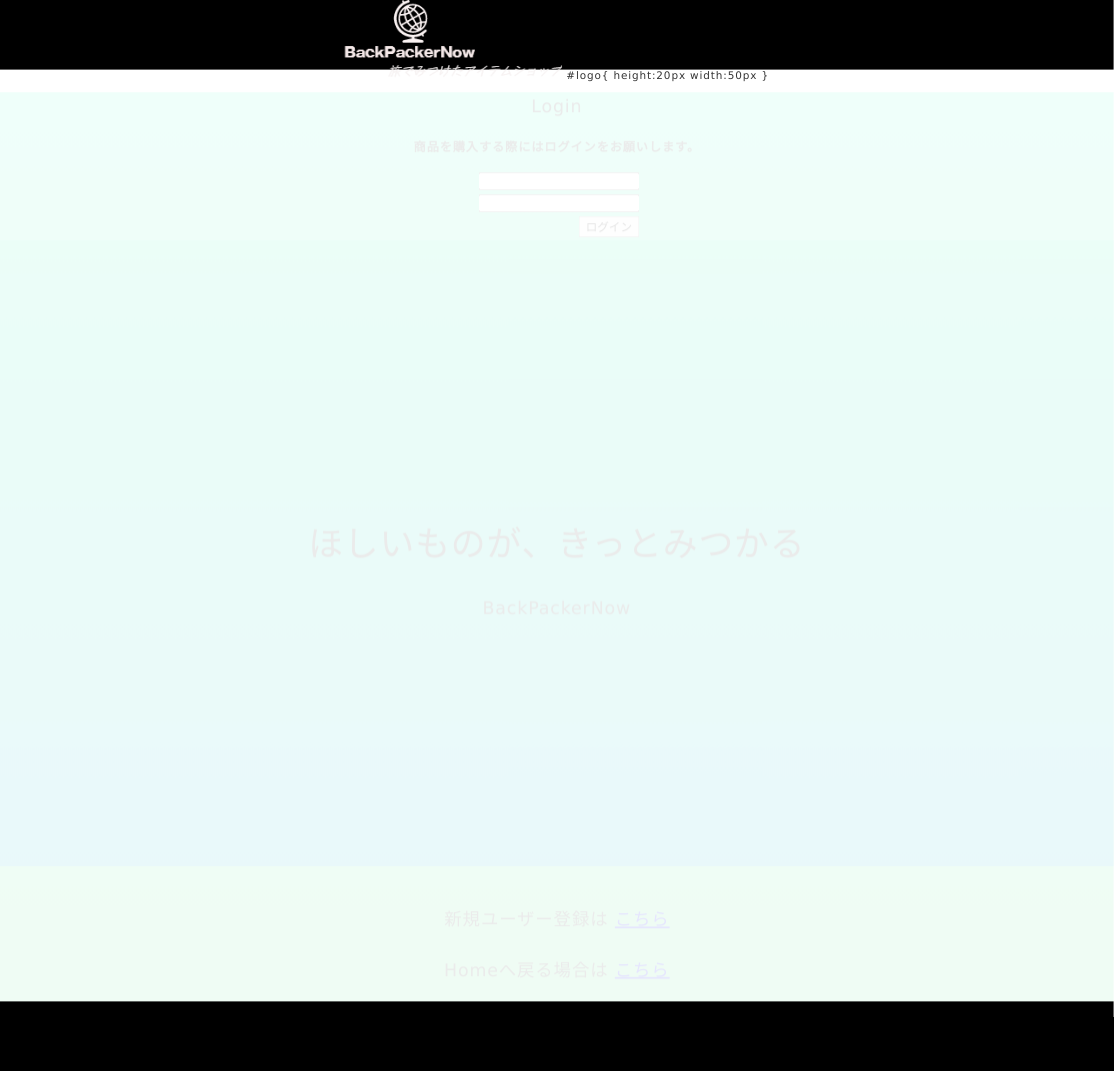
Repository: yanaiwataru/test
Page: http://localhost/ecsite/login.jsp
The author's editor kept a copy of each file at every save. The page is drawn from the files as they stood at one save, then again after the next save.
The browser window is 1280 px wide. The pictures show the whole page, at 87% of full size.
The page is served by Tomcat 9. Other server files are loaded and not shown.

Above is the page before, as saved 2018-03-12 07:59:58.

### ecsite/WebContent/login.jsp
<%@ page language="java" contentType="text/html; charset=UTF-8"
	pageEncoding="UTF-8"%>

<%@ taglib prefix="s" uri="/struts-tags"%>
<!DOCTYPE html>
<html>
<head>
<link rel="stylesheet" type="text/css" href="css/login.css">
<meta http-equiv="Content-Type" content="text/html; charset=utf-8" />
<meta http-equiv="Content-Style-Type" content="text/css" />
<meta http-equiv="Content-Script-Type" content="text/javascript" />
<meta http-equiv="imagetoolbar" content="no" />
<meta name="description" content="" />
<meta name="keywords" content="" />
<title>Login画面</title>



<style type="text/css">
body {
	margin: 0;
	padding: 0;
	line-height: 1.6;
	letter-spacing: 1px;
	font-family: Verdana, Helvetica, sans-serif;
	font-size: 12px;
	color: #333;
	background: #fff;
}

table {
	text-align: center;
	margin: 0 auto;
}
/* ========ID LAYOUT======== */
#top {
	width: 780px;
	margin: 30px auto;
	border: 1px solid #333;
}

#header {
	width: 100%;
	height: 80px;
	background-color: black;
}

#main {
	width: 100%;
	height: 500px;
	text-align: center;
}

#footer {
	width: 100%;
	height: 80px;
	background-color: black;
	clear: both;
}

#text-link {
	display: inline-block;
	text-align: right;
}
</style>

</head>
<body>

	<div id="header">

		<div id="pr">

		<img class="logo" src="./image/logo.png">
		#logo{
		height:20px
		width:50px
		}

		</div>

	</div>
	<div class="main">

		<div class="top">
			<p>Login</p>

		</div>
		<div>

			<h3>商品を購入する際にはログインをお願いします。</h3>
			<s:form action="LoginAction">
				<s:textfield name="loginUserId" />
				<s:password name="loginPassword" />
				<s:submit value="ログイン" />

			</s:form>
		</div>
		<div class="holder">
			<div class="first"></div>
			<div class="second"></div>
			<div class="third"></div>
			<div class="txt">
				<h1>ほしいものが、きっとみつかる</h1>
				<p>BackPackerNow</p>

			</div>
		</div>
		<br />

		<div id="text-link">
			<p>
				新規ユーザー登録は <a href='<s:url action="UserCreateAction" />'>こちら</a>
			</p>
			<p>
				Homeへ戻る場合は <a href='<s:url action="GoHomeAction" />'>こちら</a>
			</p>

		</div>

	</div>


	<div id="footer">

		<div id="pr"></div>

	</div>

</body>
</html>

### ecsite/WebContent/css/login.css
@CHARSET "UTF-8";





.color{

}
/*------------------------------コピペ----------------------------------------*/
    @import url(https://fonts.googleapis.com/css?family=Bitter);
    body {
      margin: 0;
      font-family: 'Bitter', serif;
      text-align: center;
    }
    .holder,
    .first,
    .second,
    .third {
      height: 100vh;
      width: 100vw;
    }
    .first,
    .second,
    .third {
      position: absolute;
    }
    .second,
    .third {
      opacity: 0;
    }
    .holder {
      height: 100vh;
      position: relative;
      z-index: 1;
    }






    .logo{
		height:20px
		width:50px
		}





    .main {
      animation: first 10s infinite;
      background: linear-gradient(#5ff8ca, #60e08c);
      z-index: 10;
    }
      @keyframes top {
        0% {opacity: 1.0;}
        10% {opacity: 0.8;}
        20% {opacity: 0.6;}
        30% {opacity: 0.4;}
        40% {opacity: 0.2;}
        50% {opacity: 0.1;}
        60% {opacity: 0.2;}
        70% {opacity: 0.4;}
        80% {opacity: 0.6;}
        90% {opacity: 0.8;}
        100% {opacity: 1.0;}
      }

    .first {
      animation: first 10s infinite;
      background: linear-gradient(#5ff8ca, #60e08c);
      z-index: 10;
    }
      @keyframes first {
        0% {opacity: 1.0;}
        10% {opacity: 0.8;}
        20% {opacity: 0.6;}
        30% {opacity: 0.4;}
        40% {opacity: 0.2;}
        50% {opacity: 0.1;}
        60% {opacity: 0.2;}
        70% {opacity: 0.4;}
        80% {opacity: 0.6;}
        90% {opacity: 0.8;}
        100% {opacity: 1.0;}
      }

    .second {
      animation: second 10s infinite; animation-delay: 2s;
      background: linear-gradient(#19eaa6, #00a1f0);
      z-index: 20;
    }
      @keyframes second {
        0% {opacity: 0;}
        10% {opacity: 0.2;}
        20% {opacity: 0.4;}
        30% {opacity: 0.6;}
        40% {opacity: 0.8;}
        50% {opacity: 1.0;}
        60% {opacity: 0.8;}
        70% {opacity: 0.6;}
        80% {opacity: 0.4;}
        90% {opacity: 0.2;}
        100% {opacity: 0;}
      }

    .third {
      animation: third 10s infinite;
      animation-delay: 8s;
      background: linear-gradient(#aab7f8, #ff75c6);
      z-index: 30;
    }
      @keyframes third {
        0% {opacity: 0;}
        10% {opacity: 0.2;}
        20% {opacity: 0.4;}
        30% {opacity: 0.6;}
        40% {opacity: 0.8;}
        50% {opacity: 1.0;}
        60% {opacity: 0.8;}
        70% {opacity: 0.6;}
        80% {opacity: 0.4;}
        90% {opacity: 0.2;}
        100% {opacity: 0;}
      }

    .txt {
      margin-top: calc(50vh - 43px);
      position: absolute;
      width: 100%;
      z-index: 1000;
    }
    h1 {
      font-size: 40px;
      font-weight: 400;
      margin: 0;
    }
    p {
      font-size: 20px;
      margin-top: 26px;
    }

After the next save:
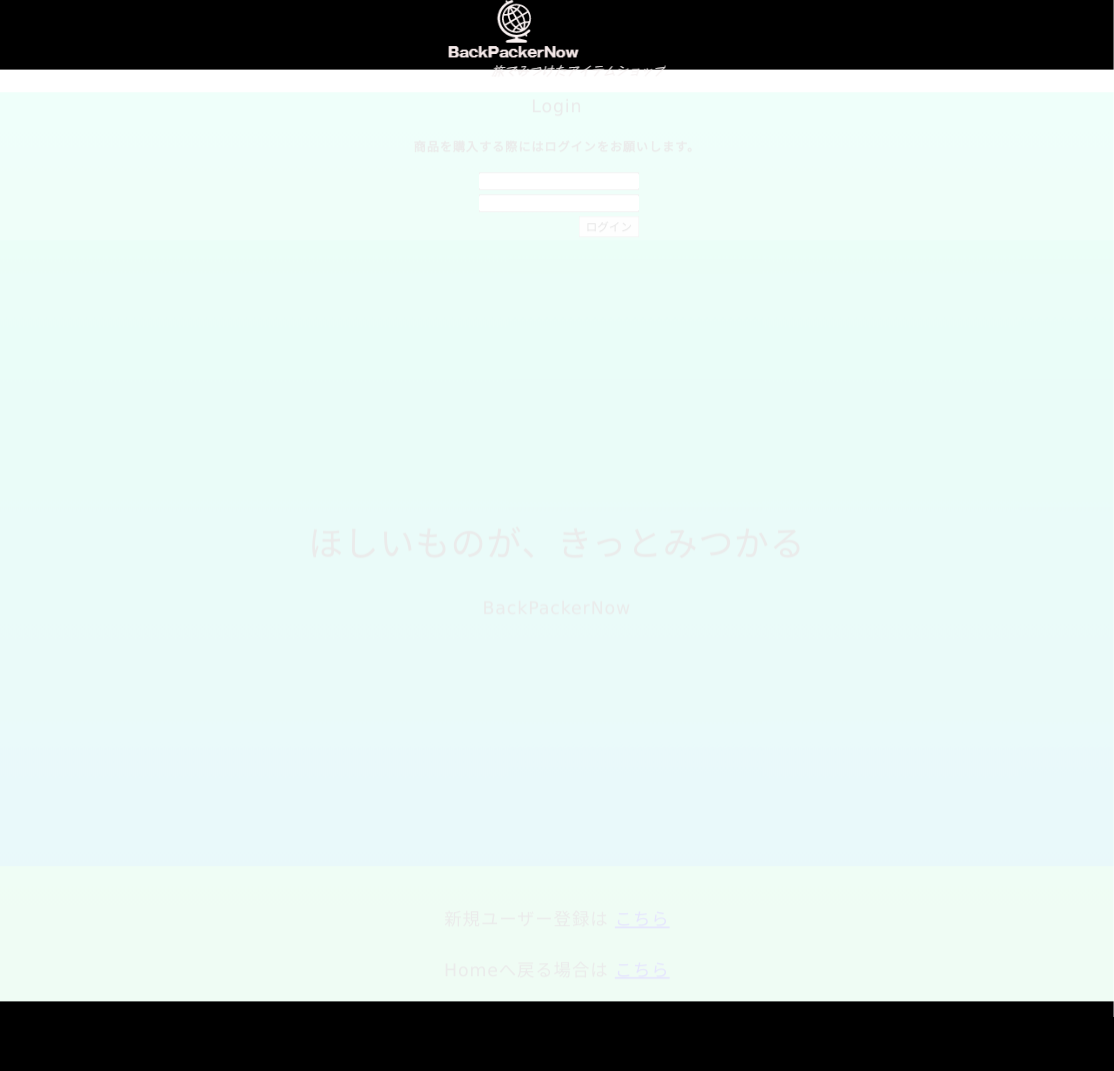
Saved 19 s later.
--- a/ecsite/WebContent/login.jsp
+++ b/ecsite/WebContent/login.jsp
@@ -72,10 +72,7 @@ table {
 		<div id="pr">
 
 		<img class="logo" src="./image/logo.png">
-		#logo{
-		height:20px
-		width:50px
-		}
+
 
 		</div>
 
